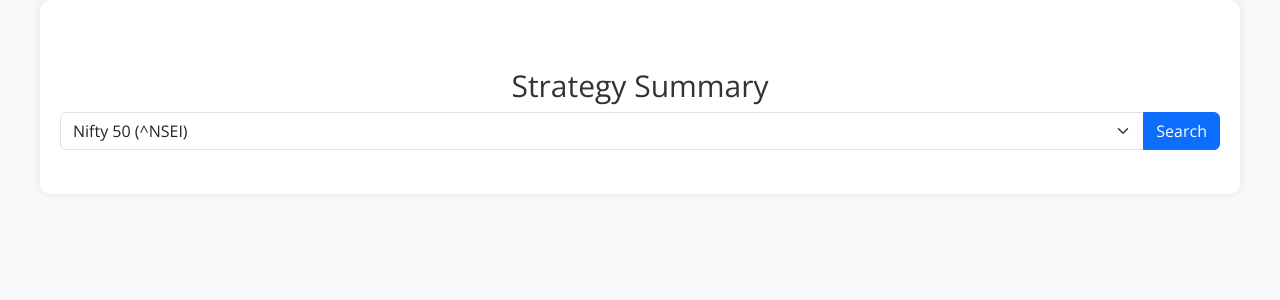
Repository: shiv-aye/stockEye
Page: src/index.html
An editor plug-in stored every save of this project. The page is shown before and after the next save, followed by the edit.
The browser window is 1280 px wide. The pictures show the whole page.
The page's requests for data from a server got no answer.

Above is the page before, as saved 2024-02-15 02:02:13.

### src/index.html
<!DOCTYPE html>
<html lang="en">

<head>
    <meta charset="UTF-8">
    <meta name="viewport" content="width=device-width, initial-scale=1.0">
    <title>Strategy Summary</title>
    <!-- Include Bootstrap 5 CSS -->
    <link rel="stylesheet" href="./../node_modules/bootstrap/dist/css/bootstrap.min.css">
    <!-- Include custom CSS -->
    <link rel="stylesheet" href="./styles.css">
    <!-- Google Fonts - Open Sans for body text and Montserrat for headings -->
    <link href="https://fonts.googleapis.com/css2?family=Open+Sans:wght@400;600&family=Montserrat:wght@700&display=swap"
        rel="stylesheet">
</head>

<body>
    <div class="container">
        <h1 class="text-center mt-5">Strategy Summary</h1>

        <!-- Dropdown for selecting stock symbol -->
        <div class="input-group mt-7">
            <select class="form-select" id="stock-select">
                <option value="^NSEI">Nifty 50 (^NSEI)</option>
                <option value="TCS">Tata Consultancy Services (TCS)</option>
                <option value="AAPL">Apple Inc. (AAPL)</option>
            </select>
            <button class="btn btn-primary" type="button" id="search-btn">Search</button>
        </div>

        <!-- Container for table -->
        <div id="table-container" class="mt-4">
            <!-- Table will be appended here -->
        </div>
    </div>

    <!-- Include jQuery -->
    <script src="../node_modules/jquery/dist/jquery.min.js"></script>

    <!-- Include Bootstrap 5 JavaScript -->
    <script src="../node_modules/bootstrap/dist/js/bootstrap.bundle.min.js"></script>

    <!-- Include DataTables JavaScript -->
    <script type="text/javascript" src="../node_modules/datatables.net/js/jquery.dataTables.min.js"></script>
    <script type="text/javascript" src="../node_modules/datatables.net-bs5/js/dataTables.bootstrap5.min.js"></script>

    <script>
        document.addEventListener('DOMContentLoaded', async () => {
            // Load strategy summary for default stock symbol
            await loadStrategySummary();

            // Search button click event listener
            document.getElementById('search-btn').addEventListener('click', async () => {
                const symbol = document.getElementById('stock-select').value;
                await loadStrategySummary(symbol);
            });
        });

        // Function to load and display strategy summary for a given stock symbol
        async function loadStrategySummary(symbol = '^NSEI') {
            try {
                const response = await fetch(`/strategy-summary?symbol=${symbol}`);
                const data = await response.json();
                if (response.ok) {
                    displayDataTable(data);
                } else {
                    console.error('Error fetching strategy summary:', data.error);
                }
            } catch (error) {
                console.error('Error fetching strategy summary:', error);
            }
        }

        // Function to display DataTable for the given stock data
        function displayDataTable(data) {
            const tableContainer = document.getElementById('table-container');
            tableContainer.innerHTML = ''; // Clear previous table, if any

            if (!data || !Array.isArray(data) || data.length === 0 || !data[0].data || !Array.isArray(data[0].data)) {
                console.error('Invalid data format:', data);
                return;
            }

            const stockData = data[0].data; // Accessing data from the first element of the array

            // Create table element
            const table = document.createElement('table');
            table.classList.add('table', 'table-bordered', 'table-hover');

            // Create table header
            const thead = document.createElement('thead');
            const headerRow = document.createElement('tr');
            ['Date', 'Closing Price', '% Change (Day)', '% Change (Week)'].forEach(column => {
                const th = document.createElement('th');
                th.textContent = column;
                headerRow.appendChild(th);
            });
            thead.appendChild(headerRow);
            table.appendChild(thead);

            // Create table body
            const tbody = document.createElement('tbody');
            stockData.forEach(item => {
                const row = document.createElement('tr');
                ['date', 'closingPrice', 'percentChangeDay', 'percentChangeWeek'].forEach(property => {
                    const cell = document.createElement('td');
                    let value = item[property];
                    // Limit numbers to 3 decimal points
                    if (typeof value === 'number') {
                        value = value.toFixed(3);
                    }
                    cell.textContent = value;
                    // Add class based on value type
                    if (value < 0) {
                        cell.classList.add('negative');
                    } else if (value > 0) {
                        cell.classList.add('positive');
                    } else {
                        cell.classList.add('empty');
                    }
                    row.appendChild(cell);
                });
                tbody.appendChild(row);
            });

            table.appendChild(tbody);

            // Append table to container
            tableContainer.appendChild(table);

            // Initialize DataTable with sorting and filtering enabled
            $(document).ready(function () {
                $(table).DataTable({
                    "paging": true,
                    "ordering": true,
                    "searching": true
                });
            });
        }
    </script>
</body>

</html>

### src/styles.css
/* Body styles */
body {
    font-family: 'Open Sans', sans-serif;
    background-color: #f9f9f9;
    margin: 0;
    padding: 0;
}

/* Header styles */
h1 {
    text-align: center;
    color: #333;
    margin-top: 30px;
    font-size: 30px;
}

/* Table styles */
table {
    width: 100%;
    border-collapse: collapse;
    margin-top: 20px;
}

th,
td {
    padding: 8px;
    text-align: left;
    border-bottom: 1px solid #ddd;
    border-left: 1px solid #ddd;
    border-right: 1px solid #ddd;
    font-size: 14px;
}

th {
    background-color: #f2f2f2;
    color: #333;
    position: relative;
    cursor: pointer;
}

tr:hover {
    background-color: #f5f5f5;
}

/* Container styles */
.container {
    max-width: 1200px;
    margin: 0 auto;
    padding: 20px;
    background-color: #fff;
    box-shadow: 0 0 10px rgba(0, 0, 0, 0.1);
    border-radius: 10px;
}

/* Button styles */
button {
    background-color: #007bff;
    color: #fff;
    border: none;
    padding: 8px 16px;
    border-radius: 5px;
    cursor: pointer;
    transition: background-color 0.3s ease;
    font-size: 14px;
}

button:hover {
    background-color: #0056b3;
}

/* Pagination styles */
.dataTables_paginate {
    margin-top: 20px;
    text-align: right;
    font-size: 14px;
}

.dataTables_paginate .paginate_button {
    padding: 6px 10px;
    border-radius: 5px;
    margin: 0 2px;
    background-color: transparent;
    color: #007bff;
    border: 1px solid #007bff;
    cursor: pointer;
    transition: background-color 0.3s ease;
}

.dataTables_paginate .paginate_button:hover {
    background-color: #0056b3;
    color: #fff;
}

.dataTables_paginate .paginate_button.current,
.dataTables_paginate .paginate_button.current:hover {
    background-color: #007bff;
    color: #fff;
}

.dataTables_paginate .paginate_button.disabled,
.dataTables_paginate .paginate_button.disabled:hover {
    background-color: transparent;
    color: #777;
    border: 1px solid #777;
    cursor: not-allowed;
}

/* Additional Pagination styles */
.dataTables_paginate {
    background-color: #f9f9f9;
    padding: 10px;
    border-radius: 5px;
}

.dataTables_paginate .paginate_button {
    border: none; /* Remove border from pagination buttons */
}

/* Styles for negative values */
td.negative {
    color: red; /* Red color for negative values */
}

/* Styles for positive values */
td.positive {
    color: green; /* Green color for positive values */
}

/* Styles for empty values */
td.empty {
    color: #808080; /* Gray color for empty values */
}

td.highlight {
    background-color: whitesmoke !important;
}

html.dark td.highlight {
    background-color: rgba(var(--dt-row-hover), 0.082) !important;
}

/* Additional styles for DataTables sorting indicator */
table.dataTable thead .sorting:before,
table.dataTable thead .sorting_asc:before,
table.dataTable thead .sorting_desc:before {
    right: 10px; /* Adjust position of the sorting indicator */
    line-height: 0.5; /* Adjust line height for better alignment */
}

table.dataTable thead .sorting:before {
    content: "\25B4"; /* Upward arrow for ascending sort */
}

table.dataTable thead .sorting_asc:before {
    content: "\25B2"; /* Upward triangle for active ascending sort */
}

table.dataTable thead .sorting_desc:before {
    content: "\25BE"; /* Downward arrow for descending sort */
}

table.dataTable thead .sorting_desc_disabled:before,
table.dataTable thead .sorting_asc_disabled:before {
    content: ""; /* Remove content for disabled sorting */
}

Loaded but not shown: node_modules/bootstrap/dist/css/bootstrap.min.css (library); node_modules/jquery/dist/jquery.min.js (library); node_modules/bootstrap/dist/js/bootstrap.bundle.min.js (library); node_modules/datatables.net/js/jquery.dataTables.min.js (library); node_modules/datatables.net-bs5/js/dataTables.bootstrap5.min.js (common file)

After the next save:
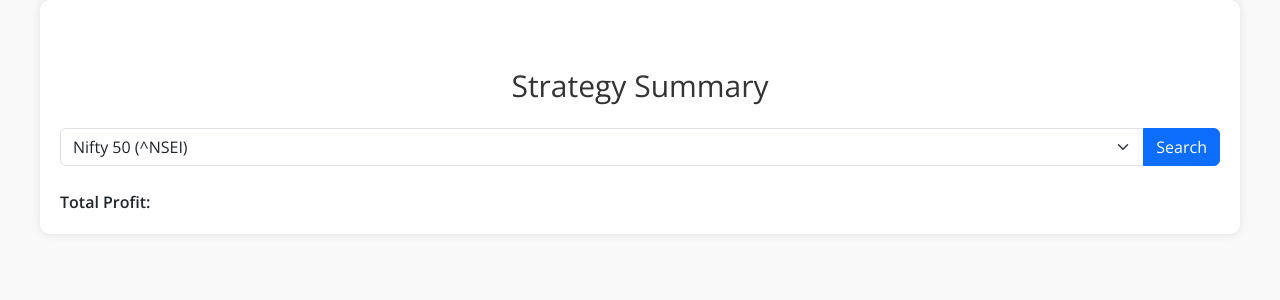
Saved 6 min 55 s later.
--- a/src/index.html
+++ b/src/index.html
@@ -19,7 +19,7 @@
         <h1 class="text-center mt-5">Strategy Summary</h1>
 
         <!-- Dropdown for selecting stock symbol -->
-        <div class="input-group mt-7">
+        <div class="input-group mt-4">
             <select class="form-select" id="stock-select">
                 <option value="^NSEI">Nifty 50 (^NSEI)</option>
                 <option value="TCS">Tata Consultancy Services (TCS)</option>
@@ -31,6 +31,11 @@
         <!-- Container for table -->
         <div id="table-container" class="mt-4">
             <!-- Table will be appended here -->
+        </div>
+
+        <!-- Total Profit -->
+        <div class="mt-4">
+            <strong>Total Profit:</strong> <span id="total-profit"></span>
         </div>
     </div>
 
@@ -90,7 +95,7 @@
             // Create table header
             const thead = document.createElement('thead');
             const headerRow = document.createElement('tr');
-            ['Date', 'Closing Price', '% Change (Day)', '% Change (Week)'].forEach(column => {
+            ['Date', 'Closing Price', '% Change (Day)', '% Change (Week)', 'Buy/Sell', 'Profit'].forEach(column => {
                 const th = document.createElement('th');
                 th.textContent = column;
                 headerRow.appendChild(th);
@@ -100,7 +105,8 @@
 
             // Create table body
             const tbody = document.createElement('tbody');
-            stockData.forEach(item => {
+            let totalProfit = 0; // Initialize total profit
+            stockData.forEach((item, index) => {
                 const row = document.createElement('tr');
                 ['date', 'closingPrice', 'percentChangeDay', 'percentChangeWeek'].forEach(property => {
                     const cell = document.createElement('td');
@@ -110,16 +116,28 @@
                         value = value.toFixed(3);
                     }
                     cell.textContent = value;
-                    // Add class based on value type
-                    if (value < 0) {
-                        cell.classList.add('negative');
-                    } else if (value > 0) {
-                        cell.classList.add('positive');
-                    } else {
-                        cell.classList.add('empty');
-                    }
                     row.appendChild(cell);
                 });
+
+                // Determine Buy/Sell and Profit
+                const buySellCell = document.createElement('td');
+                const profitCell = document.createElement('td');
+                if (item.percentChangeDay <= -5) { // If % change is 5 or more in negative, Buy
+                    buySellCell.textContent = 'Buy';
+                    // Check if profit after selling at 2% increase
+                    const nextItem = stockData[index + 1];
+                    if (nextItem && ((nextItem.closingPrice - item.closingPrice) / item.closingPrice) * 100 >= 2) {
+                        const profit = ((nextItem.closingPrice - item.closingPrice) / item.closingPrice) * 100;
+                        profitCell.textContent = profit.toFixed(3) + '%';
+                        totalProfit += profit;
+                    }
+                } else {
+                    buySellCell.textContent = '-';
+                    profitCell.textContent = '-';
+                }
+                row.appendChild(buySellCell);
+                row.appendChild(profitCell);
+
                 tbody.appendChild(row);
             });
 
@@ -127,6 +145,9 @@
 
             // Append table to container
             tableContainer.appendChild(table);
+
+            // Display total profit
+            document.getElementById('total-profit').textContent = totalProfit.toFixed(3) + '%';
 
             // Initialize DataTable with sorting and filtering enabled
             $(document).ready(function () {
